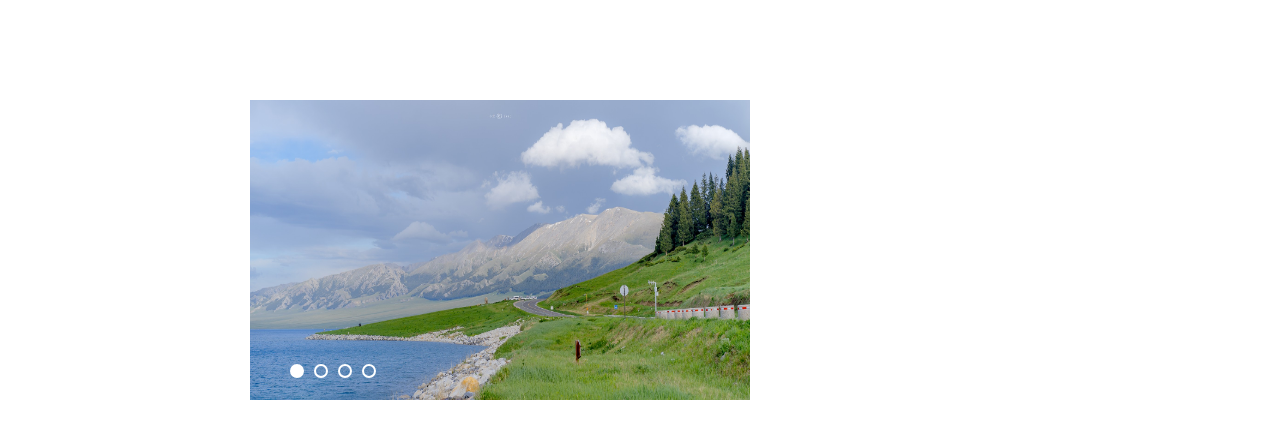
Repository: Sky0258/study
Page: js/25.轮播图案例.html
An editor plug-in stored every save of this project. The page is shown before and after the next save, followed by the edit.
The browser window is 1280 px wide. The pictures show the whole page.

Above is the page before, as saved 2022-09-19 16:30:50.
Console error: ReferenceError: span is not defined

### js/25.轮播图案例.html
<!DOCTYPE html>
<html lang="en">

<head>
    <meta charset="UTF-8">
    <meta http-equiv="X-UA-Compatible" content="IE=edge">
    <meta name="viewport" content="width=device-width, initial-scale=1.0">
    <title>Document</title>
</head>
<script src="./js/animate.js"></script>
<style>
    * {
        padding: 0;
        margin: 0;
    }
    li {
        list-style: none;
    }
    div {
        margin: 100px 250px;
        width: 500px;
        height: 300px;
        overflow: hidden;
        position: relative;
    }
    span {
        display: block;
        width: 25px;
        height: 25px;
        border-radius: 25px;
        background-color: rgba(0, 0, 0, 0.5);
        color: white;
        text-align: center;
        line-height: 25px;
        position: absolute;
        top: 135px;
        font-size: 18px;
        cursor: pointer;
        display: none;
        z-index: 10;
    }
    span.one {
        right: 3px;
    }
    span.two {
        left: 3px;
    }
    .img {
        width: 500%;
        position: relative;
    }
    .img li {
        float: left;
    }
    img {
        width: 500px;
        height: 300px;
    }
    .circle {
        margin-left: 30px;
    }
    .circle li{
        width: 10px;
        height: 10px;
        border-radius: 10px;
        border: 2px solid #fff;
        position: relative;
        bottom: 40px;
        float: left;
        margin-left: 10px;
        cursor: pointer;
    }
    .current {
        background-color: #fff;
    }
</style>
<body>
    <div class="box">
        <span class="one">></span>
        <span class="two"><</span>
        <ul class="img">
            <li> <img src="./timeImages/20210706210945_81de4.jpg" alt="">
            </li>
            <li> <img src="./timeImages/83f42dba342b4447b27e8ae00ee5b0bb.jpg" alt="">
            </li>
            <li> <img src="./timeImages/下载.png" alt="">
            </li>
            <li> <img src="./timeImages/1.png" alt="">
            </li>
        </ul>
        <ul class="circle">
        </ul>
    </div>
</body>
<script>
    var spans = document.querySelectorAll('span');
    var box = document.querySelector('.box');
    var img = document.querySelector('.img');
    var circle = document.querySelector('.circle');

    box.addEventListener('mouseover', function() {
        spans[0].style.display = 'block';
        spans[1].style.display = 'block';
    });

    box.addEventListener('mouseout',function() {
        spans[0].style.display = 'none';
        spans[1].style.display = 'none';
    });

    for(var i = 0;i < img.children.length;i++) {
        var li = document.createElement('li');
        li.setAttribute('index',i);
        circle.appendChild(li);
        // 小圆圈点击事件
        li.addEventListener('click',function() {
            // 点击改变选中状态
            for(var j = 0;j < circle.children.length;j++) {
                circle.children[j].className = '';
            }
            this.className = 'current';
            var index = this.getAttribute('index');
            // 点击小圆圈背景图切换
            // 引入缓动动画的函数
            animate(img,-index * box.offsetWidth);

            // 两个小bug订正
            sum = circle1 = index;
        })
    }
    circle.children[0].className = 'current';

    // 克隆第一张图片
    var first = img.children[0].cloneNode(true);
    img.appendChild(first);

    // 点击左右按钮背景图切换
    var sum = 0;
    var circle1 = 0;
    spans[0].addEventListener('click',function() {
        // 无缝滚动 （克隆了一张图片）
        if(sum == img.children.length - 1) {
            img.style.left = 0;
            sum = 0;
        }
        circle1++;
        sum++;
        if(circle1 == circle.children.length) {
            circle1 = 0;
        }
        for(var j = 0;j < circle.children.length;j++) {
            circle.children[j].className = '';
        }
        circle.children[circle1].className = 'current';
        animate(img,-sum * box.offsetWidth);
        // console.log(sum);
    });


    spans[1].addEventListener('click',function() {
        if(sum == 0){
            sum = img.children.length - 1;
            img.style.left = -sum * box.offsetWidth + 'px';
        }
        sum--;
        circle1--;
        if(circle1 == -1) {
            circle1 = circle.children.length - 1;
        }
        for(var j = 0;j < circle.children.length;j++) {
            circle.children[j].className = '';
        }
        circle.children[circle1].className = 'current';
        animate(img,-sum * box.offsetWidth);
    })

    // 定时器轮播
    var timer = setInterval(function(){
        span[0].click();
    },2000);

</script>
</html>

### js/js/animate.js
// 动画函数封装
function animate(obj,target,callback) {
    // 先清除定时器避免叠代
    clearInterval(obj.timer);

    obj.timer = setInterval(function(){
        // 步长公式：（目标 - 已走距离）/ 10；
        var step = (target - obj.offsetLeft) / 10;
        step = step > 0 ? Math.ceil(step) : Math.floor(step);

        if(obj.offsetLeft == target) {
            clearInterval(obj.timer);
            // 回调函数
            if(callback) {
                callback();
            }
        }
        obj.style.left = obj.offsetLeft + step + 'px';
    },10);
}

After the next save:
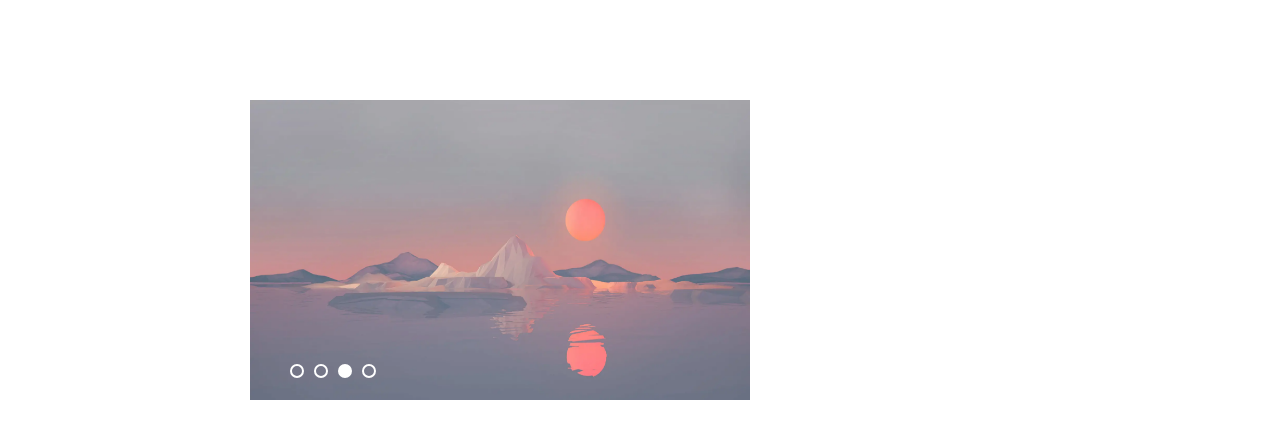
The error is gone.
Saved 31 s later.
--- a/js/25.轮播图案例.html
+++ b/js/25.轮播图案例.html
@@ -176,7 +176,7 @@
 
     // 定时器轮播
     var timer = setInterval(function(){
-        span[0].click();
+        spans[0].click();
     },2000);
 
 </script>
